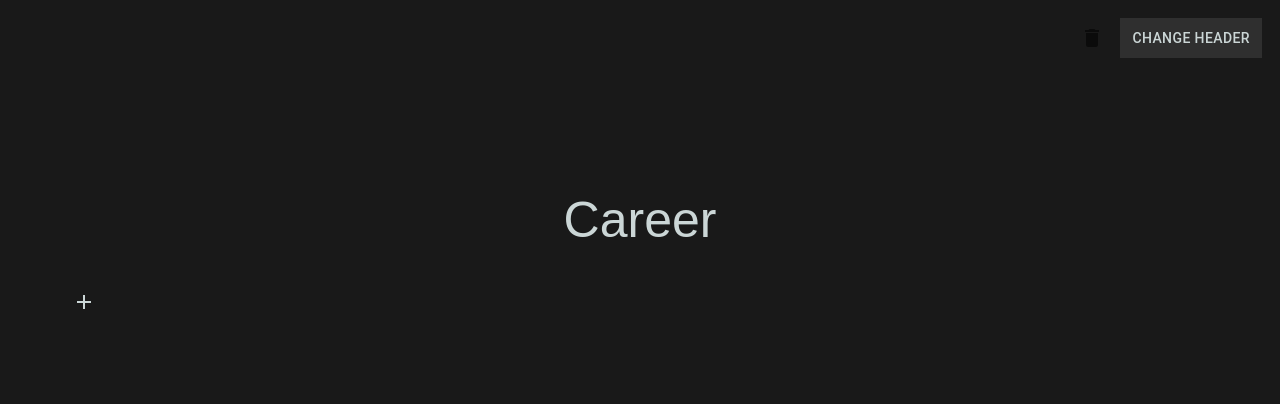
Repository: Armstrong2035/ikigai
Page: /board/bucket/default1 (app in Ikigai/ikigai/)
The author's editor kept a copy of each file at every save. The page is drawn from the files as they stood at one save, then again after the next save.
The browser window is 1280 px wide. The pictures show the whole page.
The project was rebuilt for these pictures with package versions that can differ from the ones it lists, and the page was loaded fresh each time. The framework's server and built-in components were replaced by stand-ins that run in the browser. Also part of the build but not shown: Ikigai/ikigai/next.config.mjs, Ikigai/ikigai/components/board/Buckets/activities/Activity/Title.js, Ikigai/ikigai/components/board/Buckets/activities/Activity/Relationships.js, Ikigai/ikigai/components/board/Buckets/activities/Activity/AddRelationships.js, Ikigai/ikigai/components/board/Buckets/activities/Activity/Tasks/TaskTitle.js, Ikigai/ikigai/components/board/Buckets/activities/Activity/Tasks/Tasks.js, Ikigai/ikigai/components/board/Buckets/activities/Activity/Priority.js, Ikigai/ikigai/components/board/Buckets/activities/Activity/ActivityMenu.js and 6 more.

Above is the page before, as saved 2024-09-02 18:28:32.

### Ikigai/ikigai/src/app/layout.js
export const metadata = {
  title: "Ikigai",
  description:
    "Productivity app for people who juggle several interests and responsibilities",
};

export default function RootLayout({ children }) {
  return (
    <html lang="en">
      <body style={{ backgroundColor: "#191919" }}>{children}</body>
    </html>
  );
}

### Ikigai/ikigai/src/app/board/bucket/[id]/page.js
"use client";

import { useParams } from "next/navigation";
import boardStore from "../../../../../components/board/store";
import Bucket from "../../../../../components/board/Buckets/Bucket/Bucket";

export default function BucketPage() {
  const params = useParams();
  const id = decodeURIComponent(params.id);

  const buckets = boardStore((state) => state.buckets);
  const bucket = buckets.find((bucket) => bucket.id === id);

  console.log("Found bucket:", bucket);

  if (!bucket) {
    return <div>Bucket not found for ID: {id}</div>;
  }

  return <Bucket bucket={bucket} />;
}

### Ikigai/ikigai/components/board/store.js
import { create } from "zustand";
import { persist, createJSONStorage } from "zustand/middleware";

const boardStore = create(
  persist(
    (set) => ({
      buckets: [
        {
          id: "default1",
          title: "Career",
          headerImage: "",
          icon: "",
          color: "",
        },
        {
          id: "default2",
          title: "Learning",
          headerImage: "",
          icon: "",
          color: "",
        },
        {
          id: "default3",
          title: "Extracurriculars",
          headerImage: "",
          icon: "",
          color: "",
        },
      ],

      activities: [],
      tasks: [],
      relationships: [],
      checkedTasks: {},

      addBucket: (newBucket) =>
        set((state) => ({ buckets: [...state.buckets, newBucket] })),

      updateBucketTitle: (bucketId, newTitle) =>
        set((state) => ({
          buckets: state.buckets.map((bucket) =>
            bucket.id === bucketId ? { ...bucket, title: newTitle } : bucket
          ),
        })),

      updateBucketColor: (bucketId, newColor) =>
        set((state) => ({
          buckets: state.buckets.map((bucket) =>
            bucket.id === bucketId ? { ...bucket, color: newColor } : bucket
          ),
        })),

      updateBucketHeader: (bucketId, newHeader) =>
        set((state) => ({
          buckets: state.buckets.map((bucket) =>
            bucket.id === bucketId
              ? { ...bucket, headerImage: newHeader }
              : bucket
          ),
        })),

      addActivity: (bucketId, newActivity) =>
        set((state) => ({
          activities: [...state.activities, newActivity],
        })),

      editActivity: (activityId, updatedActivity) =>
        set((state) => ({
          activities: state.activities.map((activity) =>
            activity.id === activityId
              ? { ...activity, ...updatedActivity }
              : activity
          ),
        })),

      deleteActivity: (activityId) =>
        set((state) => {
          const updatedActivities = state.activities.filter(
            (activity) => activity.id !== activityId
          );
          const updatedTasks = state.tasks.filter(
            (task) => task.activityId !== activityId
          );
          const updatedRelationships = state.relationships.filter(
            (rel) =>
              rel.activity1Id !== activityId && rel.activity2Id !== activityId
          );

          return {
            activities: updatedActivities,
            tasks: updatedTasks,
            relationships: updatedRelationships,
          };
        }),

      addRelationship: (newRelationship) =>
        set((state) => ({
          relationships: [...state.relationships, newRelationship],
        })),

      removeRelationship: (relationshipId) =>
        set((state) => ({
          relationships: state.relationships.filter(
            (rel) => rel.id !== relationshipId
          ),
        })),

      setPriority: (activityId, priority) =>
        set((state) => ({
          activities: state.activities.map((activity) =>
            activity.id === activityId ? { ...activity, priority } : activity
          ),
        })),

      addTask: (newTask) =>
        set((state) => ({
          tasks: [...state.tasks, newTask],
        })),

      editTask: (taskId, updatedTask) =>
        set((state) => ({
          tasks: state.tasks.map((task) =>
            task.id === taskId ? { ...task, ...updatedTask } : task
          ),
        })),

      removeTask: (taskId) =>
        set((state) => ({
          tasks: state.tasks.filter((task) => task.id !== taskId),
        })),

      deleteCompletedTasks: () =>
        set((state) => ({
          tasks: state.tasks.filter((task) => !state.checkedTasks[task.id]),
          checkedTasks: Object.fromEntries(
            Object.entries(state.checkedTasks).filter(
              ([id, checked]) => !checked
            )
          ),
        })),

      toggleTaskCompletion: (taskId) =>
        set((state) => ({
          checkedTasks: {
            ...state.checkedTasks,
            [taskId]: !state.checkedTasks[taskId],
          },
        })),

      deleteBucket: (bucketId) =>
        set((state) => ({
          buckets: state.buckets.filter((bucket) => bucket.id !== bucketId),
        })),
    }),
    {
      name: "board-storage",
      storage: createJSONStorage(() => localStorage),
    }
  )
);

export default boardStore;

### Ikigai/ikigai/components/board/Buckets/Bucket/Bucket.js
import React from "react";
import Activities from "../activities/Activities";
import BucketHeader from "./BucketHeader/BucketHeader";
import boardStore from "../../store";
import BucketTitle from "./BucketTitle/BucketTitle";
import { Stack } from "@mui/material";

export default function Bucket({ bucket }) {
  const updateBucketHeader = boardStore((state) => state.updateBucketHeader);

  return (
    <div style={{ overflow: "hidden" }}>
      <Stack justifyContent={"center"} alignItems={"center"} spacing={4}>
        <BucketHeader bucket={bucket} />
        <BucketTitle bucket={bucket} />
        <Activities bucket={bucket} />
      </Stack>
    </div>
  );
}

### Ikigai/ikigai/components/board/Buckets/activities/Activities.js
import React from "react";
import { IconButton, Typography, Stack, Grid, Container } from "@mui/material";
import AddIcon from "@mui/icons-material/Add";
import boardStore from "../../store";
import Activity from "./Activity/Activity";
import AddActivity from "./AddActivity";
import Masonry from "@mui/lab/Masonry";

export default function Activities({ bucket }) {
  const activities = boardStore((state) => state.activities);

  const activitiesToRender = activities.filter(
    (activity) => activity.bucketId === bucket.id
  );
  console.log(activities);

  return (
    <>
      <Container sx={{ overflow: "hidden" }}>
        <AddActivity bucketId={bucket.id} />
        <Stack alignItems={"center"}>
          <Masonry columns={{ xs: 1, sm: 2, md: 3 }} spacing={5}>
            {activitiesToRender.map((activity) => (
              <Activity
                key={activity.id}
                bucketId={bucket.id}
                activity={activity}
                bucket={bucket}
              />
            ))}
          </Masonry>
        </Stack>
        {/* <Grid container direction={"row"} spacing={5}>
          {activitiesToRender.map((activity) => (
            <Grid item lg={4} sm={4} key={activity.id}>
              <Activity
                key={activity.id}
                bucketId={bucket.id}
                activity={activity}
                bucket={bucket}
              />
            </Grid>
          ))}
        </Grid> */}
      </Container>
    </>
  );
}

### Ikigai/ikigai/components/board/Buckets/Bucket/BucketHeader/BucketHeader.js
import React, { useState } from "react";
import {
  Button,
  Dialog,
  DialogActions,
  DialogContent,
  DialogContentText,
  DialogTitle,
  IconButton,
  Box,
} from "@mui/material";
import HeaderSelectionModal from "./Images/HeaderSelectionModal";
import DeleteIcon from "@mui/icons-material/Delete";
import boardStore from "../../../store";
import Link from "next/link";

export default function BucketHeader({ bucket, onHeaderChange }) {
  const [isModalOpen, setIsModalOpen] = useState(false);

  const deleteBucket = boardStore((state) => state.deleteBucket);

  const openModal = () => setIsModalOpen(true);
  const closeModal = () => setIsModalOpen(false);

  return (
    <Box
      sx={{
        backgroundImage: bucket.headerImage.startsWith("linear-gradient")
          ? bucket.headerImage
          : `url(${bucket.headerImage})`,
        backgroundSize: "cover",
        backgroundPosition: "center",
        backgroundRepeat: "no-repeat",
        width: "100%",
        height: { xs: "100px", sm: "150px" }, // Adjust height for smaller screens
        position: "relative",
      }}
    >
      <Box
        sx={{
          position: "absolute",
          top: "10px",
          right: "10px",
          display: "flex",
          gap: 1, // Space between buttons
        }}
      >
        <Link href="/board">
          <IconButton onClick={() => deleteBucket(bucket.id)}>
            <DeleteIcon />
          </IconButton>
        </Link>
        <Button
          onClick={openModal}
          sx={{
            backgroundColor: "#2F2F2F",
            color: "#CBD6D6",
            borderRadius: "0px",
            padding: { xs: "4px 8px", sm: "6px 12px" }, // Adjust padding for smaller screens
            fontSize: { xs: "0.75rem", sm: "0.875rem" }, // Responsive font size
            "&:hover": {
              backgroundColor: "#2F2F2F", // Same hover color as the original
            },
            color: "#CBD6D6",
          }}
        >
          Change Header
        </Button>
      </Box>

      <Dialog
        open={isModalOpen}
        onClose={closeModal}
        maxWidth="lg"
        fullWidth
        sx={{
          "& .MuiDialog-paper": {
            width: { xs: "100%", sm: "80%" }, // Adjust dialog width for smaller screens
            maxHeight: "90vh", // Prevent the dialog from exceeding viewport height
            backgroundColor: "#191919",
            border: "1px solid white",
          },
        }}
      >
        <DialogTitle sx={{ color: "#CBD6D6" }}>Select Header Image</DialogTitle>
        <DialogContent>
          <HeaderSelectionModal bucket={bucket} />
        </DialogContent>
      </Dialog>
    </Box>
  );
}

### Ikigai/ikigai/components/board/Buckets/Bucket/BucketTitle/BucketTitle.js
"use client";
import React, { useState, useEffect } from "react"; // Added useEffect
import { useStore } from "zustand";
import boardStore from "../../../store";

export default function BucketTitle({ bucketId, bucket }) {
  const [title, setTitle] = useState(bucket.title);
  const updateBucketTitle = useStore(
    boardStore,
    (state) => state.updateBucketTitle
  );

  const handleTitleChange = (e) => {
    const newTitle = e.target.value;
    setTitle(newTitle);
    updateBucketTitle(bucket.id, newTitle); // Use newTitle instead of title
  };

  console.log(bucket);

  return (
    <>
      <input
        type="text"
        required
        value={title}
        onChange={handleTitleChange}
        placeholder={title}
        style={{
          border: "none",
          color: "#CBD6D6",
          backgroundColor: "#191919",
          fontSize: "50px",
          textAlign: "center",
        }}
      />
    </>
  );
}

### Ikigai/ikigai/components/board/Buckets/activities/AddActivity.js
"use client";
import React from "react";
import { useStore } from "zustand";
import { IconButton } from "@mui/material";
import AddIcon from "@mui/icons-material/Add";
import boardStore from "../../store";

export default function AddActivity({ bucketId }) {
  const addActivity = boardStore((state) => state.addActivity);

  const handleAddBucket = () => {
    const newActivity = {
      id: Date.now(),
      bucketId: bucketId,
      title: "New Activity",
      priority: ["high", "medium", "low"],
      tasks: [],
      relationships: [],
      stats: [],
    };
    addActivity(bucketId, newActivity);
  };

  return (
    <IconButton onClick={handleAddBucket}>
      <AddIcon sx={{ color: "#CBD6D6" }} />
    </IconButton>
  );
}

After the next save:
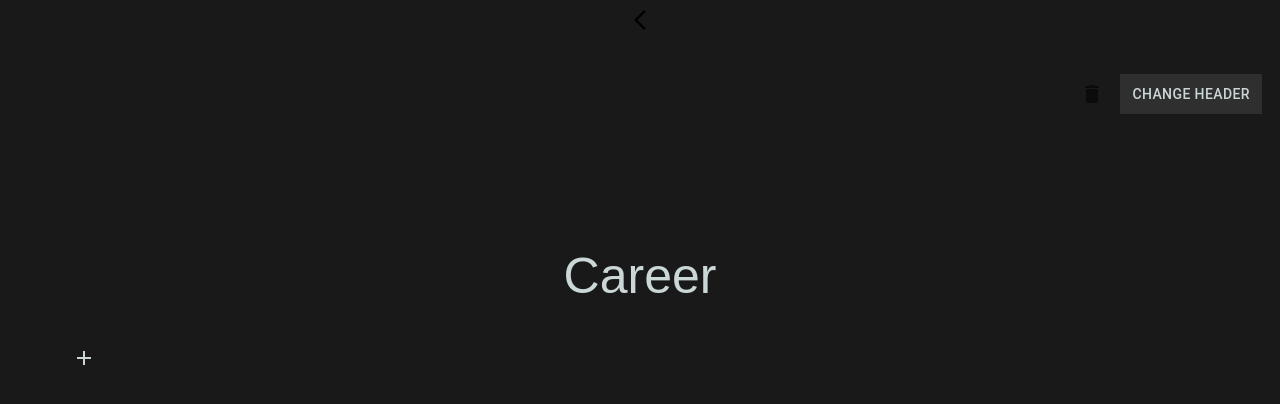
Saved 7 min 8 s later.
--- a/Ikigai/ikigai/components/board/Buckets/Bucket/Bucket.js
+++ b/Ikigai/ikigai/components/board/Buckets/Bucket/Bucket.js
@@ -4,6 +4,7 @@ import BucketHeader from "./BucketHeader/BucketHeader";
 import boardStore from "../../store";
 import BucketTitle from "./BucketTitle/BucketTitle";
 import { Stack } from "@mui/material";
+import ArrowBackIosNewIcon from "@mui/icons-material/ArrowBackIosNew";
 
 export default function Bucket({ bucket }) {
   const updateBucketHeader = boardStore((state) => state.updateBucketHeader);
@@ -11,6 +12,8 @@ export default function Bucket({ bucket }) {
   return (
     <div style={{ overflow: "hidden" }}>
       <Stack justifyContent={"center"} alignItems={"center"} spacing={4}>
+        <ArrowBackIosNewIcon />
+
         <BucketHeader bucket={bucket} />
         <BucketTitle bucket={bucket} />
         <Activities bucket={bucket} />
